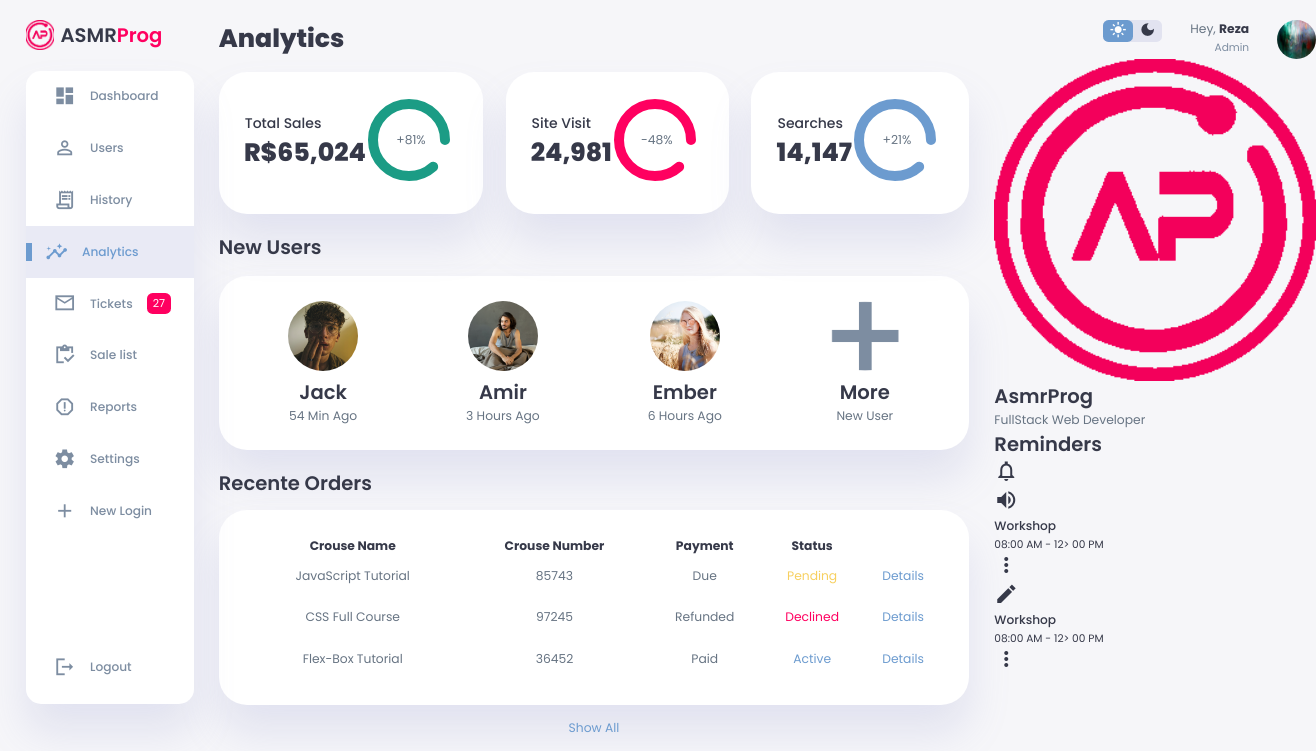
Repository: pheonix5/ProjetosRN-linux
Page: DashBoard/index.html
An editor plug-in stored every save of this project. The page is shown before and after the next save, followed by the edit.
The browser window is 1280 px wide. The page is 1316 px wide, so the pictures cover 1316 px, including what lies to the right of the window. The pictures show the whole page.

Above is the page before, as saved 2023-08-06 02:53:57.

### DashBoard/index.html
<!DOCTYPE html>
<html lang="pt-br">

<head>
  <meta charset="UTF-8">
  <meta name="viewport" content="width=device-width, initial-scale=1.0">
  <link href="https://fonts.googleapis.com/icon?family=Material+Icons+Sharp" rel="stylesheet">
  <link rel="stylesheet" href="style.css">
  <title>Responsive Dashboard Design #1</title>
</head>

<body>

  <div class="container">
    <!-- Siderbar Section -->
    <aside>
      <div class="toggle">
        <div class="logo">
          <img src="images/logo.png">
          <h2>ASMR<span class="danger">Prog</span></h2>
        </div>
        <div class="close" id="close-btn">
          <span class="material-icons-sharp">
            close
          </span>
        </div>
      </div>

      <div class="sidebar">
        <a href="#">
          <span class="material-icons-sharp">
            dashboard
          </span>
          <h3>Dashboard</h3>
        </a>
        <a href="#">
          <span class="material-icons-sharp">
            person_outline
          </span>
          <h3>Users</h3>
        </a>
        <a href="#">
          <span class="material-icons-sharp">
            receipt_long
          </span>
          <h3>History</h3>
        </a>
        <a href="#" class="active">
          <span class="material-icons-sharp">
            insights
          </span>
          <h3>Analytics</h3>
        </a>
        <a href="#">
          <span class="material-icons-sharp">
            mail_outline
          </span>
          <h3>Tickets</h3>
          <span class="message_count">27</span>
        </a>
        <a href="#">
          <span class="material-icons-sharp">
            inventory
          </span>
          <h3>Sale list</h3>
        </a>
        <a href="#">
          <span class="material-icons-sharp">
            report_gmailerrorred
          </span>
          <h3>Reports</h3>
        </a>
        <a href="#">
          <span class="material-icons-sharp">
            settings
          </span>
          <h3>Settings</h3>
        </a>
        <a href="#">
          <span class="material-icons-sharp">
            add
          </span>
          <h3>New Login</h3>
        </a>
        <a href="#">
          <span class="material-icons-sharp">
            logout
          </span>
          <h3>Logout</h3>
        </a>
      </div>
    </aside>
    <!-- Fim da Seção do Sidebar-->

    <!-- Main Content-->
    <main>
      <h1>Analytics</h1>
      <!-- Analyses -->
      <div class="analyse">
        <div class="sales">
          <div class="status">
            <div class="info">
              <h3>Total Sales</h3>
              <h1>R$65,024</h1>
            </div>
            <div class="progresss">
              <svg>
                <circle cx="38" cy="38" r="36"></circle>
              </svg>
              <div class="percentage">
                <p>+81%</p>
              </div>
            </div>
          </div>
        </div>

        <div class="visits">
          <div class="status">
            <div class="info">
              <h3>Site Visit</h3>
              <h1>24,981</h1>
            </div>
            <div class="progresss">
              <svg>
                <circle cx="38" cy="38" r="36"></circle>
              </svg>
              <div class="percentage">
                <p>-48%</p>
              </div>
            </div>
          </div>
        </div>

        <div class="searches">
          <div class="status">
            <div class="info">
              <h3>Searches</h3>
              <h1>14,147</h1>
            </div>
            <div class="progresss">
              <svg>
                <circle cx="38" cy="38" r="36"></circle>
              </svg>
              <div class="percentage">
                <p>+21%</p>
              </div>
            </div>
          </div>
        </div>
      </div>
      <!-- End Of Analyses -->

      <!--  New Users Section -->
      <div class="new-users">
        <h2>New Users</h2>
        <div class="user-list">
          <div class="user">
            <img src="images/profile-2.jpg">
            <h2>Jack</h2>
            <p>54 Min Ago</p>
          </div>
          <div class="user">
            <img src="images/profile-3.jpg">
            <h2>Amir</h2>
            <p>3 Hours Ago</p>
          </div>
          <div class="user">
            <img src="images/profile-4.jpg">
            <h2>Ember</h2>
            <p>6 Hours Ago</p>
          </div>
          <div class="user">
            <img src="images/plus.png">
            <h2>More</h2>
            <p>New User</p>
          </div>
        </div>
      </div>
      <!-- End of New Users Section -->


      <!-- Recente Orders Table -->
      <div class="recent-orders">
        <h2>Recente Orders</h2>
        <table>
          <thead>
            <tr>
              <th>Crouse Name</th>
              <th>Crouse Number</th>
              <th>Payment</th>
              <th>Status</th>
              <th></th>
            </tr>
          </thead>
          <tbody>

          </tbody>
        </table>
        <a href="#">Show All</a>
      </div>
      <!-- End of Recent Orders -->

    </main>
    <!-- End of Main Content -->

    <!-- Right Section-->
    <div class="right-section">
      <div class="nav">
        <button id="menu-btn">
          <span class="material-icons-sharp">
            menu
          </span>
        </button>
        <div class="dark-mode">
          <span class="material-icons-sharp active">
            light_mode
          </span>
          <span class="material-icons-sharp">
            dark_mode
          </span>
        </div>

        <div class="profile">
          <div class="info">
            <p>Hey, <b>Reza</b></p>
            <small class="text-muted">Admin</small>
          </div>
          <div class="profile-photo">
            <img src="images/profile-1.jpg">
          </div>
        </div>

      </div>
      <!-- End of Nav -->

      <div class="user-profile">
        <div class="logo">
          <img src="images/logo.png">
          <h2>AsmrProg</h2>
          <p>FullStack Web Developer</p>
        </div>
      </div>

      <div class="reminders">
        <div class="header">
          <h2>Reminders</h2>
          <span class="material-icons-sharp">
            notifications_nones
          </span>
        </div>

        <div class="notification">
          <div class="icon">
            <span class="material-icons-sharp">
              volume_up
            </span>
          </div>
          <div class="content">
            <div class="info">
              <h3>Workshop</h3>
              <small class="text_muted">
                08:00 AM - 12> 00 PM
              </small>
            </div>
            <span class="material-icons-sharp">
              more_vert
            </span>
          </div>
        </div>

        <div class="notification deactive">
          <div class="icon">
            <span class="material-icons-sharp">
              edit
            </span>
          </div>
          <div class="content">
            <div class="info">
              <h3>Workshop</h3>
              <small class="text_muted">
                08:00 AM - 12> 00 PM
              </small>
            </div>
            <span class="material-icons-sharp">
              more_vert
            </span>
          </div>
        </div>

      </div>
    </div>


  </div>

  <script src="orders.js"></script>
  <script src="index.js"></script>
</body>

</html>

### DashBoard/style.css
@import url('https://fonts.googleapis.com/css2?family=Barlow:ital,wght@0,100;0,200;0,300;0,400;0,500;0,600;0,700;0,800;0,900;1,100;1,200;1,300;1,400;1,500;1,600;1,700;1,800;1,900&family=Poppins:wght@300;400;500;600;700;800&display=swap');

:root{
  --color-primary: #6C9BCF;
    --color-danger: #FF0060;
    --color-success: #1B9C85;
    --color-warning: #F7D060;
    --color-white: #fff;
    --color-info-dark: #7d8da1;
    --color-dark: #363949;
    --color-light: rgba(132, 139, 200, 0.18);
    --color-dark-variant: #677483;
    --color-background: #f6f6f9;

    --card-border-radius: 2rem;
    --border-radius-1: 0.4rem;
    --border-radius-2: 1.2rem;

    --card-padding: 1.8rem;
    --padding-1: 1.2rem;

    --box-shadow: 0 2rem 3rem var(--color-light);
}

.dark-mode-variables{
  --color-background: #181a1e;
    --color-white: #202528;
    --color-dark: #edeffd;
    --color-dark-variant: #a3bdcc;
    --color-light: rgba(0, 0, 0, 0.4);
    --box-shadow: 0 2rem 3rem var(--color-light);
}

*{
  margin: 0;
  padding: 0;
  outline: 0;
  appearance: 0;
  border: 0;
  text-decoration: none;
  box-sizing: border-box;
}

html{
  font-size: 14px;
}

body{
  width: 100vw;
  height: 100vh;
  font-family: 'Poppins', sans-serif;
  font-size: 0.88rem;
  user-select: none;
  overflow-x: hidden;
  color: var(--color-dark);
  background-color: var(--color-background);
}

a{
  color: var(--color-dark);
}

img{
  display: block;
  width: 100%;
  object-fit: cover;
}

h1{
  font-weight: 800;
  font-size: 1.8rem;
}

h2{
  font-weight: 600;
  font-size: 1.4rem;
}

h3{
  font-weight: 500;
  font-size: 0.87rem;
}

small{
  font-size: 0.76rem;
}

p{
  color: var(--color-dark-variant);
}

b{
  color: var(--color-dark);
}

.text-muted{
  color: var(--color-info-dark);
}

.primary{
  color: var(--color-primary);
}

.danger{
  color: var(--color-danger);
}

.sucess{
  color: var(--color-success);
}

.warning{
  color: var(--color-warning);
}

.container{
  display: grid;
  width: 96%;
  margin: 0 auto;
  gap: 1.8rem;
  grid-template-columns: 12rem auto 23rem;
}

aside{
  height: 100vh;
}

aside .toggle{
  display: flex;
  align-items: center;
  justify-content: space-between;
  margin-top: 1.4rem;
}

aside .toggle .logo{
  display: flex;
  gap: 0.5rem;
}

aside .toggle .logo img{
  width: 2rem;
  width: 2rem;
}

aside .toggle .close{
  padding-right: 1rem;
  display: none;
}

aside .sidebar{
  display: flex;
  flex-direction: column;
  background-color: var(--color-white);
  box-shadow: var(--box-shadow);
  border-radius: 15px;
  height: 88vh;
  position: relative;
  top: 1.5rem;
  transition: all 0.3s ease;
}

aside .sidebar:hover{
  box-shadow: none;
}

aside .sidebar a{
  display: flex;
  align-items: center;
  color:  var(--color-info-dark);
  height: 3.7rem;
  gap: 1rem;
  position: relative;
  margin-left: 2rem;
  transition: all 0.3s ease;
}

aside .sidebar a span{
  font-size: 1.6rem;
  transition: all 0.3s ease;
}

aside .sidebar a:last-child{
  position: absolute;
  bottom: 0.8rem;
  width: 100%;
}

aside .sidebar a.active{
  width: 100%;
  color: var(--color-primary);
  background-color: var(--color-light);
  margin-left: 0;
}

aside .sidebar a.active::before{
  content: '';
  width: 6px;
  height: 18px;
  background-color: var(--color-primary);
}

aside .sidebar a.active span{
  color: var(--color-primary);
  margin-left: calc(1rem -3px);
}

aside .sidebar a:hover{
  color: var(--color-primary);
}

aside .sidebar a:hover span{
  margin-left: 0.6rem;
}

aside .sidebar .message_count{
  background-color: var(--color-danger);
  padding: 2px 6px;
  color: var(--color-white);
  font-size: 11px;
  border-radius: var(--border-radius-1);
}

main{
  margin-top: 1.4rem;
}

main .analyse{
  display: grid;
  grid-template-columns: repeat(3, 1fr);
  gap: 1.6rem;
}

main .analyse > div{
  background-color: var(--color-white);
  padding: var(--card-padding);
  border-radius: var(--card-border-radius);
  margin-top: 1rem;
  box-shadow: var(--box-shadow);
  cursor: pointer;
  transition: all 0.3s ease;
}

main .analyse > div:hover{
  box-shadow: none;
}

main .analyse > div .status{
  display: flex;
  align-items: center;
  justify-content: space-between;
}


main .analyse h3{
  margin-left: .06rem;
  font-size: 1rem;
}

main .analyse .progresss{
  position: relative;
  width: 92px;
  height: 92px;
  border-radius: 50%;
}

main .analyse svg{
  width: 7rem;
  height: 7rem;
}

main .analyse svg circle{
  fill: none;
  stroke-width: 10;
  stroke-linecap: round;
  transform: translate(5px, 5px);
}

main .analyse .sales svg circle{
  stroke: var(--color-success);
  stroke-dashoffset: -30;
  stroke-dasharray: 200;
}

main .analyse .visits svg circle{
  stroke: var(--color-danger);
  stroke-dashoffset: -30;
  stroke-dasharray: 200;
}

main .analyse .searches svg circle{
  stroke: var(--color-primary);
  stroke-dashoffset: -30;
  stroke-dasharray: 200;
}

main .analyse .progresss .percentage{
  position: absolute;
  top: -3px;
  left: -1px;
  display: flex;
  align-items: center;
  justify-content: center;
  height: 100%;
  width: 100%;
}

main .new-users{
  margin-top: 1.3rem;
}

main .new-users .user-list{
  background-color: var(--color-white);
  padding: var(--card-padding);
  border-radius: var(--card-border-radius);
  margin-top: 1rem;
  box-shadow: var(--box-shadow);
  display: flex;
  justify-content: space-around;
  flex-wrap: wrap;
  gap: 1.4rem;
  transition: all 0.3s ease;
}

main .new-users .user-list:hover{
  box-shadow: none;
}

main .new-users .user-list .user{
  display: flex;
  flex-direction: column;
  align-items: center;
  justify-content: center;
}

main .new-users .user-list .user img{
  width: 5rem;
  height: 5rem;
  margin-bottom: 0.4rem;
  border-radius: 50%;
}

main .recent-orders{
  margin-top: 1.3rem;
}

main .recent-orders h2{
  margin-bottom: 0.8rem;
}

main .recent-orders table{
  background-color: var(--color-white);
  width: 100%;
  padding: var(--card-padding);
  text-align: center;
  box-shadow: var(--box-shadow);
  border-radius: var(--card-border-radius);
  transition: all 0.3s ease;
}

main .recent-orders table:hover{
  box-shadow: none;
}

main table tbody td{
  height: 2.8rem;
  border-bottom: 1px solid var(--color-white);
  color: var(--color-dark-variant);
}

main table tbody tr:last-child td{
  border: none;
}

main .recent-orders a{
  text-align: center;
  display: block;
  margin: 1rem auto;
  color:  var(--color-primary);
}

.right-section{
  margin-top: 1.4rem;
}

.right-section .nav{
  display: flex;
  justify-content: end;
  gap: 2rem;
}

.right-section .nav button{
  display: none;
}

.right-section .dark-mode{
  background-color: var(--color-light);
  display: flex;
  justify-content: space-between;
  align-items: center;
  height: 1.6rem;
  width: 4.2rem;
  cursor: pointer;
  border-radius: var(--border-radius-1);
}

.right-section .dark-mode span{
  font-size: 1.2rem;
  width: 50%;
  height: 100%;
  display: flex;
  align-items: center;
  justify-content: center;
}

.right-section .dark-mode span.active{
  background-color: var(--color-primary);
  color: white;
  border-radius: var(--border-radius-1);
}

.right-section .nav .profile{
  display: flex;
  gap: 2rem;
  text-align: right;
}
.right-section .nav .profile .profile-photo{
  width: 2.8rem;
  height: 2.8rem;
  border-radius: 50%;
  overflow: hidden;
}

### DashBoard/orders.js
const Orders = [
  {
    productName: 'JavaScript Tutorial',
    productNumber: '85743',
    paymentStatus: 'Due',
    status: 'Pending'
  },
  {
    productName: 'CSS Full Course',
    productNumber: '97245',
    paymentStatus: 'Refunded',
    status: 'Declined'
  },
  {
    productName: 'Flex-Box Tutorial',
    productNumber: '36452',
    paymentStatus: 'Paid',
    status: 'Active'
  },
]

### DashBoard/index.js
Orders.forEach(order => {
  const tr = document.createElement('tr');
  const trContent = `
    <td>${order.productName}</td>
    <td>${order.productNumber}</td>
    <td>${order.paymentStatus}</td>
    <td class="${order.status === 'Declined' ? 'danger' : order.status === 'Pending' ? 'warning' : 'primary'}">${order.status}</td>
    <td class="primary">Details</td>
  ` ;
  tr.innerHTML = trContent;
  document.querySelector('table tbody').appendChild(tr)
})

After the next save:
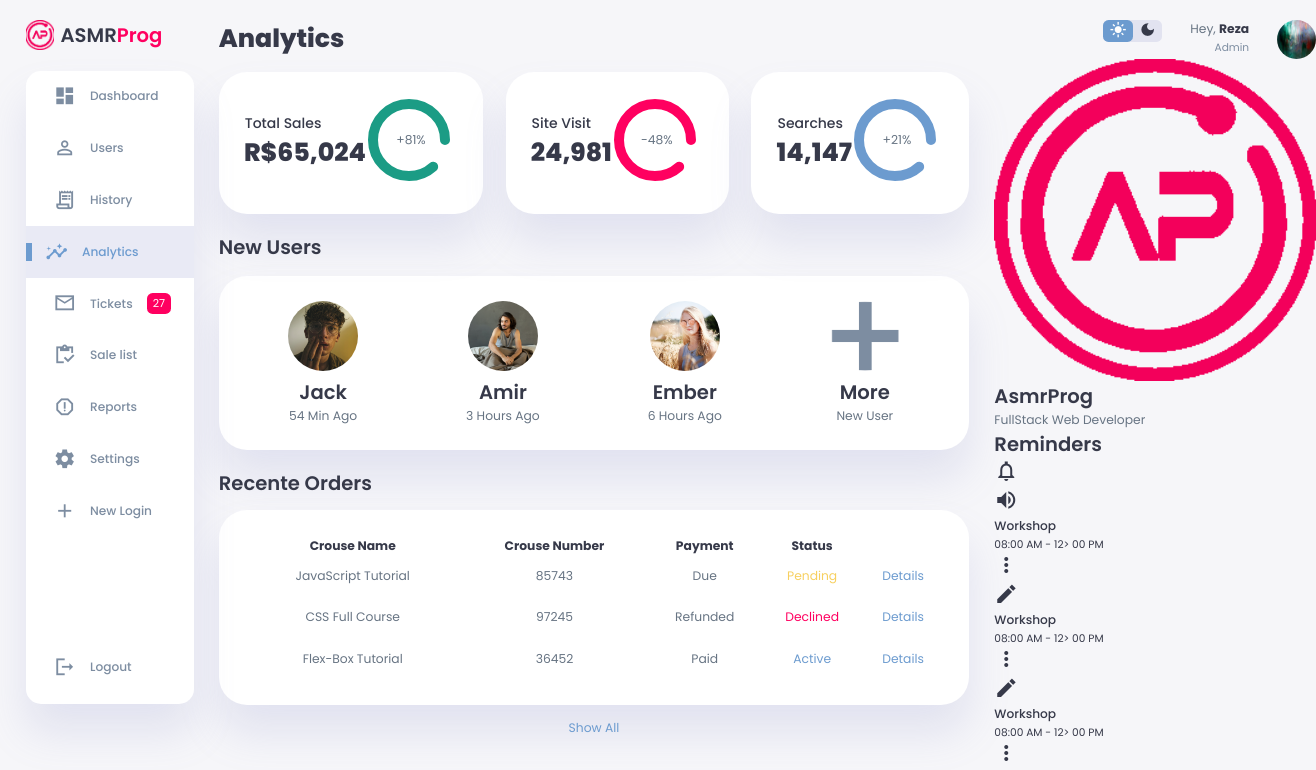
Saved 24 s later.
--- a/DashBoard/index.html
+++ b/DashBoard/index.html
@@ -287,6 +287,25 @@
           </div>
         </div>
 
+        <div class="notification deactive">
+          <div class="icon">
+            <span class="material-icons-sharp">
+              edit
+            </span>
+          </div>
+          <div class="content">
+            <div class="info">
+              <h3>Workshop</h3>
+              <small class="text_muted">
+                08:00 AM - 12> 00 PM
+              </small>
+            </div>
+            <span class="material-icons-sharp">
+              more_vert
+            </span>
+          </div>
+        </div>
+
       </div>
     </div>
 

After the 2 saves that followed:
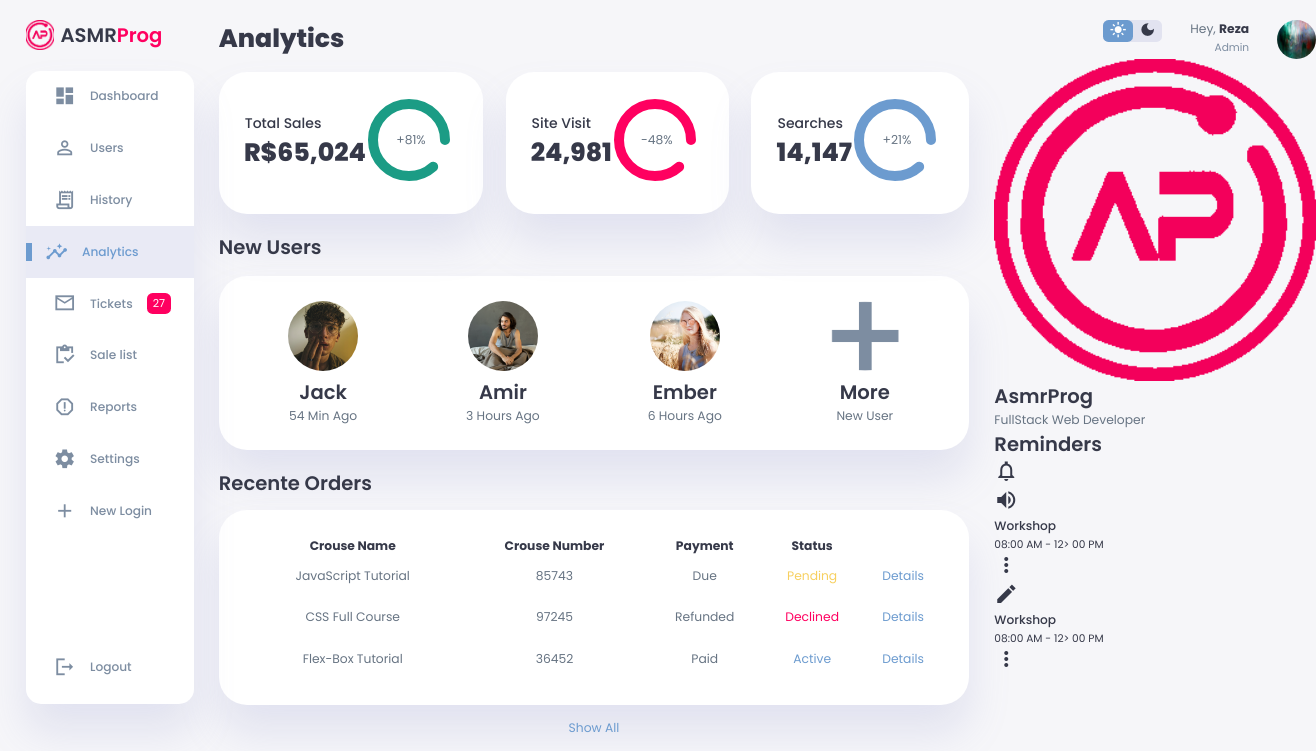
The 2 saves are shown as one change because 1 left the picture as it was.
The last was saved 20 s later.
--- a/DashBoard/index.html
+++ b/DashBoard/index.html
@@ -287,22 +287,9 @@
           </div>
         </div>
 
-        <div class="notification deactive">
+        <div class="notification add-reminder">
           <div class="icon">
-            <span class="material-icons-sharp">
-              edit
-            </span>
-          </div>
-          <div class="content">
-            <div class="info">
-              <h3>Workshop</h3>
-              <small class="text_muted">
-                08:00 AM - 12> 00 PM
-              </small>
-            </div>
-            <span class="material-icons-sharp">
-              more_vert
-            </span>
+
           </div>
         </div>
 
